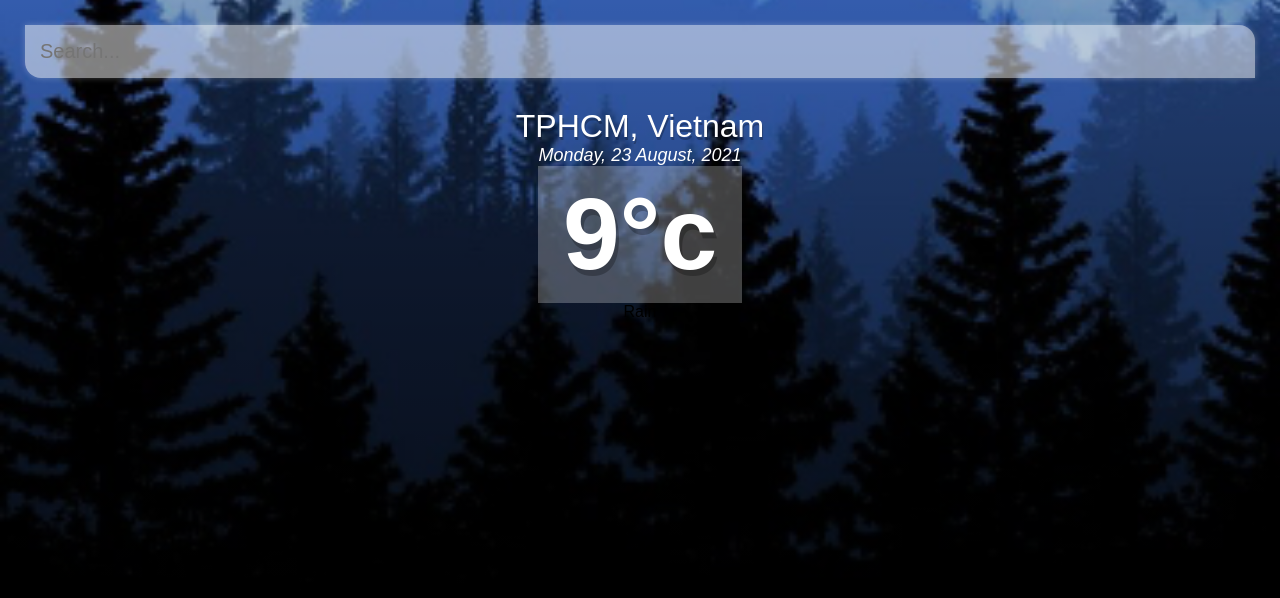
Repository: kate30980/weather-vuejs
Page: /
The author's editor kept a copy of each file at every save. The page is drawn from the files as they stood at one save, then again after the next save.
The browser window is 1280 px wide. The pictures show the whole page.
The project was rebuilt for these pictures with package versions that can differ from the ones it lists, and the page was loaded fresh each time.

Above is the page before, as saved 2021-08-23 10:42:03.

### src/App.vue
<template>
  <div id="app">
    <main>
      <div class="search-box">
        <input type="text" class="search-bar" placeholder="Search...">
      </div>
      <div class="weather-wrap">
        <div class="location-box">
          <div class="location">TPHCM, Vietnam</div>
          <div class="date">Monday, 23 August, 2021</div>
        </div>

        <div class="weather-box">
          <div class="temp">9°c</div>
          <div class="weather">Rain</div>
        </div>
      </div>
    </main>
  </div>
</template>

<script>

export default {
  name: 'App',
  data(){
    return{
      api_key:'9a1ed7d1efa5000413ec6fc31687ab4c',
    }
  }
}
</script>

<style>
*{
  margin:0;
  padding:0;
  box-sizing: border-box;
}
body{
  font-family: 'montserrat', sans-serif;
}
#app{
  background-image: url('./assets/cold-bg.jpg');
  background-size: cover;
  background-position: bottom;
  transition: 0.4s;
}
main{
  min-height: 100vh;
  background-image: linear-gradient(to bottom, rgba(0,0,0,0.25), rgba(0,0,0,0.75));
  padding: 25px;
}
.search-box{
  width: 100%;
  margin-bottom: 30px;
}
.search-box .search-bar{
  display: block;
  width: 100%;
  padding:15px;
  color: #313131;
  font-size: 20px;

  appearance: none;
  border:none;
  outline: none;
  background:none;

  box-shadow: 0px 0px 6px rgba(255,255,255,0.25);
  background-color: rgba(255,255,255,0.5);
  border-radius: 0px 16px 0px 16px;
  transition: 0.4s
}
.search-box .search-bar:focus{
  box-shadow: 0px 0px 8px rgba(255,255,255,0.25);
  background-color: rgba(255,255,255,0.75);
  border-radius: 16px 0px 16px 0px;
}
.location-box .location{
  color: #fff;
  font-size: 32px;
  font-weight: 500;
  text-align: center;
  text-shadow: 1px 3px rgba(0,0,0,0.25);
}
.location-box .date{
  color: #fff;
  font-size: 18px;
  font-weight: 300;
  font-style: italic;
  text-align: center;
}
.weather-box{
  text-align: center;
}
.weather-box .temp{
  display: inline-block;
  padding: 10px 25px;
  color: #fff;
  font-size: 102px;
  font-weight: 900;

  text-shadow: 3px 6px rgba(0,0,0,0.25);
  background-color: rgba(255,255,255,0.25);
}
</style>

Loaded but not shown: public/index.html (common file); src/main.js (common file)

After the next save:
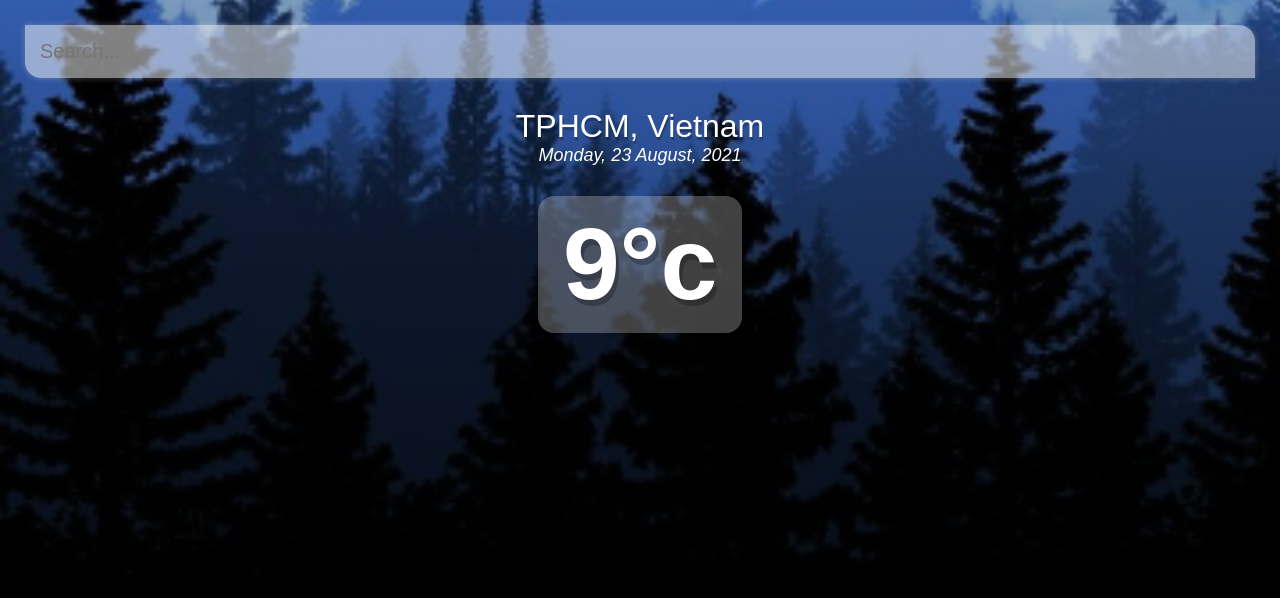
Saved 31 s later.
--- a/src/App.vue
+++ b/src/App.vue
@@ -103,5 +103,7 @@ main{
 
   text-shadow: 3px 6px rgba(0,0,0,0.25);
   background-color: rgba(255,255,255,0.25);
+  border-radius: 16px;
+  margin: 30px 0px;
 }
 </style>
